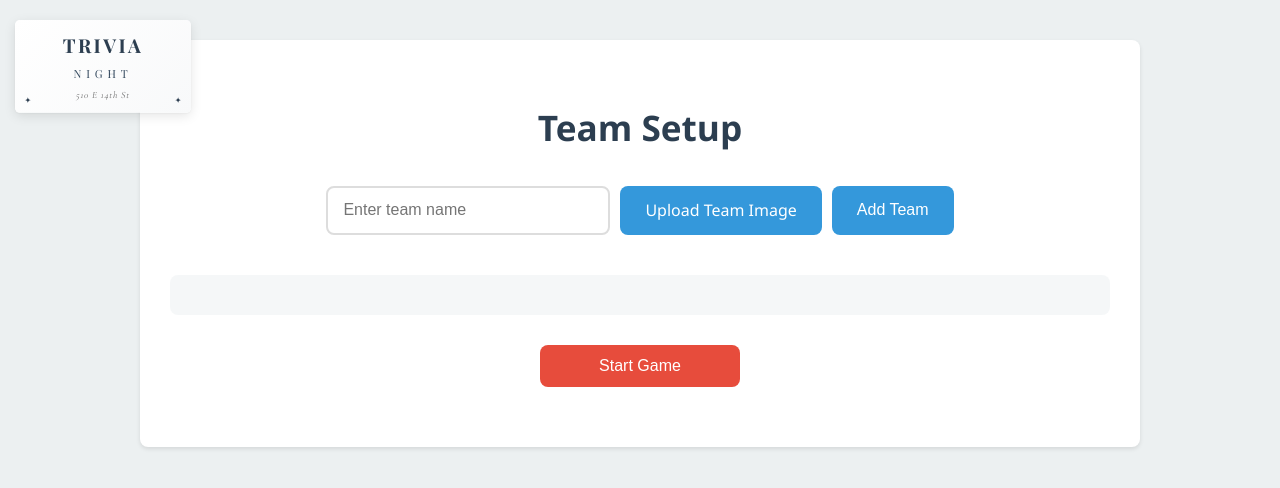
Repository: oscarfco/oscarfco.github.io
Page: projects/trivia_night/index.html
These files come from the project's save history. The page is drawn as it stood at one moment and after the next save; the edit follows.
The browser window is 1280 px wide. The pictures show the whole page.

Above is the page before, as saved 2025-01-26 01:00:30.

After the next save:
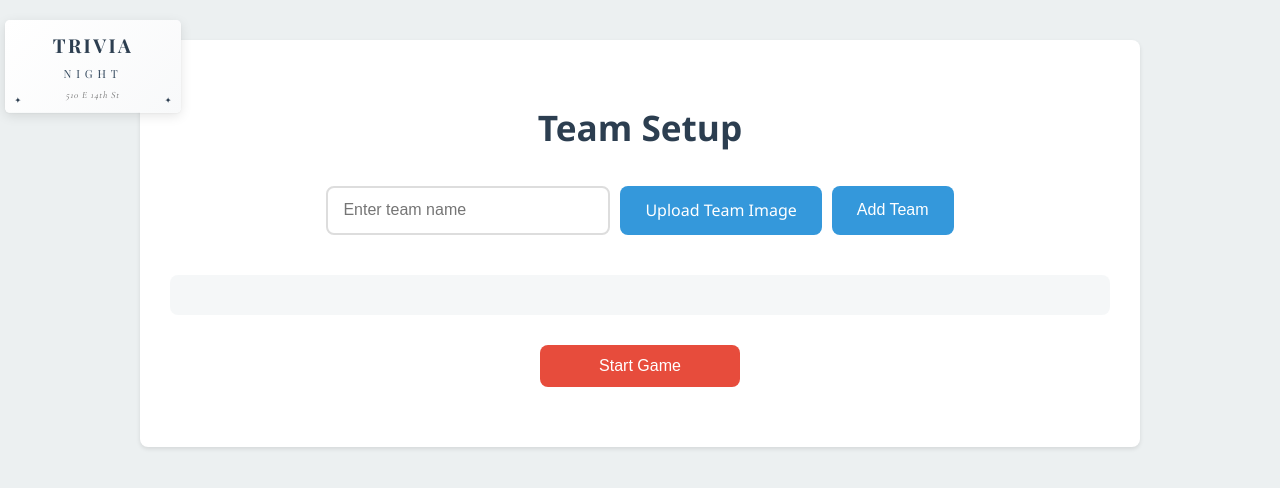
Saved 6 s later.
--- a/projects/trivia_night/index.html
+++ b/projects/trivia_night/index.html
@@ -718,7 +718,7 @@
         .logo {
             position: fixed;
             top: 20px;
-            left: 15px;
+            left: 5px;
             font-family: 'Playfair Display', serif;
             background: linear-gradient(135deg, #ffffff 0%, #f8f9fa 100%);
             padding: 12px 20px;
